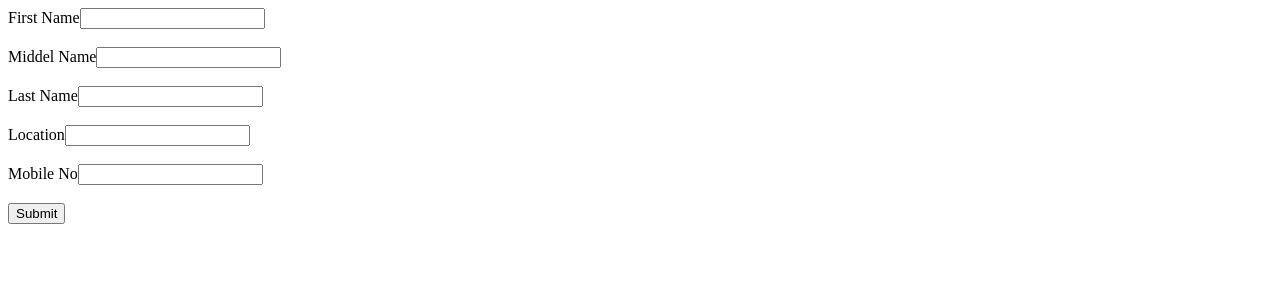
Repository: nosranijuned/WebRegister
Page: WebRegister/WebContent/index.html
An editor plug-in stored every save of this project. The page is shown before and after the next save, followed by the edit.
The browser window is 1280 px wide. The pictures show the whole page.

Above is the page before, as saved 2019-03-11 10:37:46.

After the next save:
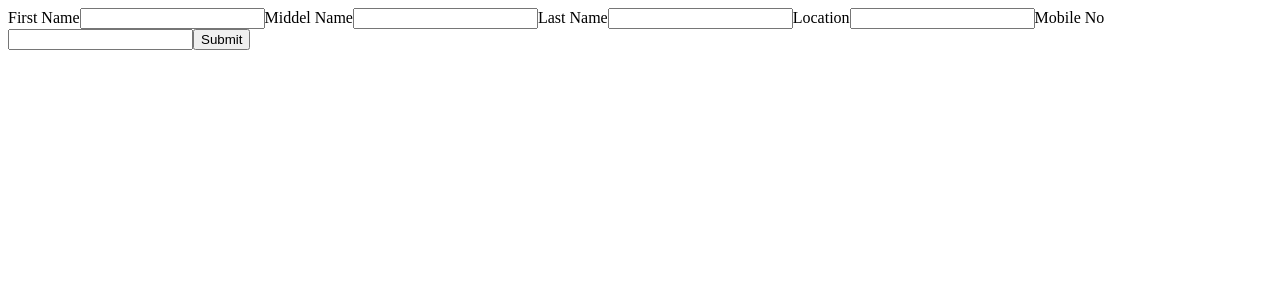
Saved 2 min 11 s later.
--- a/WebRegister/WebContent/index.html
+++ b/WebRegister/WebContent/index.html
@@ -52,12 +52,14 @@ function GEEKFORGEEKS()
 </head>
 <body>
 	<form action="" onsubmit="return GEEKFORGEEKS()" method="post">
-		First Name<input type="text" name="fname"><br><br>
-		Middel Name<input type="text" name="mname"><br><br>
-		Last Name<input type="text" name="lname"><br><br>
-		Location<input type="text" name="loc"><br><br>
-		Mobile No<input type="text" name="mob"><br><br>
-		<input type="submit" value="Submit">
+		<table>
+			<tr>First Name<input type="text" name="fname"></tr>
+			<tr>Middel Name<input type="text" name="mname"></tr>
+			<tr>Last Name<input type="text" name="lname"></tr>
+			<tr>Location<input type="text" name="loc"></tr>
+			<tr>Mobile No<input type="text" name="mob"></tr>
+			<tr><input type="submit" value="Submit"></tr>
+		</table>
 	</form>
 </body>
 </html>
